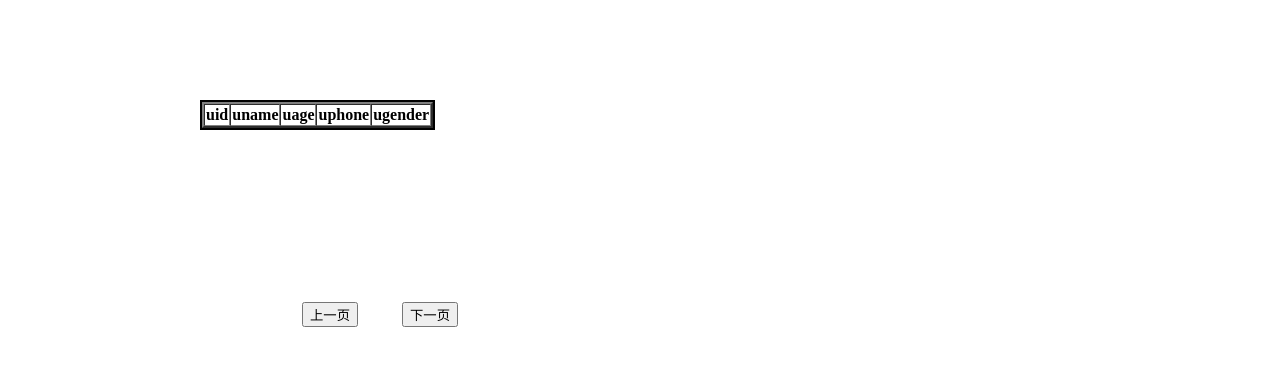
Repository: tian7815/1.25_fenye
Page: http://localhost/Day08/AdminServlet
These files come from the project's save history. The page is drawn as it stood at one moment and after the next save; the edit follows.
The browser window is 1280 px wide. The pictures show the whole page.
The page is served by Tomcat 9. Other server files are loaded and not shown. Queries for data that is not in the repository find no rows.

Above is the page before, as saved 2021-01-25 05:37:31.

### web5/Day08/WebRoot/WEB-INF/jsp/FenYe.jsp
<%@ page language="java" import="java.util.*,com.company.entity.*" pageEncoding="utf-8"%>
<%
String path = request.getContextPath();
String basePath = request.getScheme()+"://"+request.getServerName()+":"+request.getServerPort()+path+"/";
%>

<!DOCTYPE HTML PUBLIC "-//W3C//DTD HTML 4.01 Transitional//EN">
<html>
  <head>
    <base href="<%=basePath%>">

    <title>My JSP 'FenYe.jsp' starting page</title>

	<meta http-equiv="pragma" content="no-cache">
	<meta http-equiv="cache-control" content="no-cache">
	<meta http-equiv="expires" content="0">
	<meta http-equiv="keywords" content="keyword1,keyword2,keyword3">
	<meta http-equiv="description" content="This is my page">
	<!--
	<link rel="stylesheet" type="text/css" href="styles.css">
	-->
    <style>
       div{
          position: absolute;
          left: 200px;
          top: 100px;
          border: 2px solid black;
       }
       #right{
          position: absolute;
          left: 200px;
          top: 200px;
       }
        #left{
          position: absolute;
          left: 100px;
          top: 200px;
       }
        #lb{
          position: absolute;
          left: 140px;
          top: 200px;
       }
    </style>
    <%
         List<User> userList = (List<User>) request.getAttribute("list");
     %>
  </head>

  <body>
  <div>
    <table border="2" cellspacing="0">
       <tr>
          <th>uid</th>
          <th>uname</th>
          <th>uage</th>
          <th>uphone</th>
          <th>ugender</th>
       </tr>
       <%for(int i = 0; i < userList.size(); i ++) {%>
         <tr>
            <td><%=userList.get(i).getUid() %></td>
            <td><%=userList.get(i).getUname() %></td>
            <td><%=userList.get(i).getUage() %></td>
            <td><%=userList.get(i).getUphone() %></td>
            <td><%=userList.get(i).getUgender() %></td>
         </tr>
       <%} %>
    </table>
    <input id="right" type="submit" value="下一页">
    <label id="lb">1</label>
    <input id="left" type="submit" value="上一页">
  </div>
  </body>
</html>

### web5/Day08/src/com/company/contreller/AdminServlet.java
package com.company.contreller;

import java.io.IOException;
import java.io.PrintWriter;
import java.util.List;

import javax.servlet.ServletException;
import javax.servlet.http.HttpServlet;
import javax.servlet.http.HttpServletRequest;
import javax.servlet.http.HttpServletResponse;

import com.company.entity.User;
import com.company.service.UserService;
import com.company.service.UserServiceImpl;

public class AdminServlet extends HttpServlet {

	/**
	 * The doGet method of the servlet. <br>
	 *
	 * This method is called when a form has its tag value method equals to get.
	 *
	 * @param request the request send by the client to the server
	 * @param response the response send by the server to the client
	 * @throws ServletException if an error occurred
	 * @throws IOException if an error occurred
	 */
	public void doGet(HttpServletRequest request, HttpServletResponse response)
			throws ServletException, IOException {
        //되쩌털뙤쫠
		//돕鑒앴욋瓊혤鑒앴
		UserService userService = new UserServiceImpl();
		try {
			List<User> userList = userService.queryUserByFenYe(0, 5);
			request.setAttribute("list", userList);
			request.getRequestDispatcher("WEB-INF/jsp/FenYe.jsp").forward(request, response);
		} catch (Exception e) {
			// TODO Auto-generated catch block
			e.printStackTrace();
		}

	}

	/**
	 * The doPost method of the servlet. <br>
	 *
	 * This method is called when a form has its tag value method equals to post.
	 *
	 * @param request the request send by the client to the server
	 * @param response the response send by the server to the client
	 * @throws ServletException if an error occurred
	 * @throws IOException if an error occurred
	 */
	public void doPost(HttpServletRequest request, HttpServletResponse response)
			throws ServletException, IOException {


	}

}

### web5/Day08/src/com/company/service/UserServiceImpl.java
package com.company.service;

import java.util.List;

import com.company.dao.Userdao;
import com.company.dao.UserdaoImpl;
import com.company.entity.User;

public class UserServiceImpl implements UserService {
    private Userdao userdao = new UserdaoImpl();
	public User quaryUserByuid(String uid) throws Exception {
		userdao = new UserdaoImpl();
		User quaryUserByuid = userdao.quaryUserByuid(uid);
		return quaryUserByuid;
	}

	public String stuLogin(String uid) throws Exception {
		userdao = new UserdaoImpl();
		String pwd = userdao.stuLogin(uid);
		return pwd;
	}

	public List<User> queryUserByFenYe(int offset, int len) throws Exception {
	    List<User> userList = userdao.selectPage(offset, len);
		return userList;
	}

}

### web5/Day08/src/com/company/dao/Userdao.java
package com.company.dao;

import java.util.List;

import com.company.entity.User;

public interface Userdao {
	public User quaryUserByuid(String uid)throws Exception;
	public String stuLogin (String uid)throws Exception;
	//offset槨튤盧좆,len鑒앴낀똑
	public List<User> selectPage(int offset, int len) throws Exception;
}

### web5/Day08/src/com/company/dao/UserdaoImpl.java
package com.company.dao;

import java.sql.Connection;
import java.sql.DriverManager;
import java.sql.PreparedStatement;
import java.sql.ResultSet;
import java.util.ArrayList;
import java.util.List;

import com.company.entity.User;



public class UserdaoImpl implements Userdao {
	public static final String URL = "jdbc:mysql://localhost:3306/mydb?characterEncoding=utf-8";
	public static final String USER = "root";
	public static final String PWD = "123456";

	public User quaryUserByuid(String uid) throws Exception {
		Class.forName("com.mysql.jdbc.Driver");
		Connection connection = DriverManager.getConnection(URL, USER, PWD);
		String sql = "select * from user where uid = ?";
		PreparedStatement ps = connection.prepareStatement(sql);
		ps.setString(1, uid);
		ResultSet rs = ps.executeQuery();
		User user = new User();
		rs.next();
		String uid1 = rs.getString(1);
		String uname1 = rs.getString(2);
		int uage1 = rs.getInt(3);
		String uphone1 = rs.getString(4);
		String ugender1 = rs.getString(5);
		user.setUid(uid1);
		user.setUname(uname1);
		user.setUage(uage1);
		user.setUgender(ugender1);
		user.setUphone(uphone1);


		return user;
	}

	public String stuLogin(String uid) throws Exception {
		Class.forName("com.mysql.jdbc.Driver");
		Connection connection = DriverManager.getConnection(URL, USER, PWD);
		String sql = " select uname from user where uid = ? ";
		PreparedStatement ps = connection.prepareStatement(sql);
		ps.setString(1, uid);
		ResultSet rs = ps.executeQuery();
		String pwd = "";
		while(rs.next()){
			pwd = rs.getString("uname");
		}
		return pwd;
	}

	public List<User> selectPage(int offset, int len) throws Exception {
		List<User> userList = new ArrayList<User>();
		Class.forName("com.mysql.jdbc.Driver");
		Connection connection = DriverManager.getConnection(URL, USER, PWD);
		String sql = " select * from user limit ?, ? ";
		PreparedStatement preparedStatement = connection.prepareStatement(sql);
		preparedStatement.setInt(1, offset);
		preparedStatement.setInt(2, len);
		ResultSet executeQuery = preparedStatement.executeQuery();
		while(executeQuery.next()){
			User user = new User();
			String uid = executeQuery.getString("uid");
			String uname = executeQuery.getString("uname");
			int uage = executeQuery.getInt("uage");
			String uphone = executeQuery.getString("uphone");
			String ugender = executeQuery.getString("ugender");
			user.setUid(uid);
			user.setUname(uname);
			user.setUage(uage);
			user.setUphone(uphone);
			user.setUgender(ugender);
			userList.add(user);
		}
		return userList;
	}

}

After the next save:
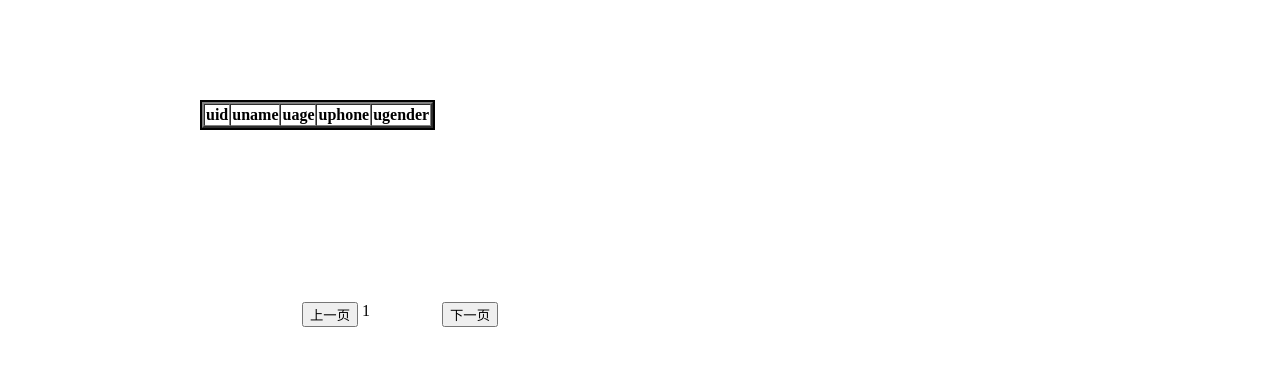
Saved 47 s later.
--- a/web5/Day08/WebRoot/WEB-INF/jsp/FenYe.jsp
+++ b/web5/Day08/WebRoot/WEB-INF/jsp/FenYe.jsp
@@ -28,7 +28,7 @@ String basePath = request.getScheme()+"://"+request.getServerName()+":"+request.
        }
        #right{
           position: absolute;
-          left: 200px;
+          left: 240px;
           top: 200px;
        }
         #left{
@@ -38,7 +38,7 @@ String basePath = request.getScheme()+"://"+request.getServerName()+":"+request.
        }
         #lb{
           position: absolute;
-          left: 140px;
+          left: 160px;
           top: 200px;
        }
     </style>
